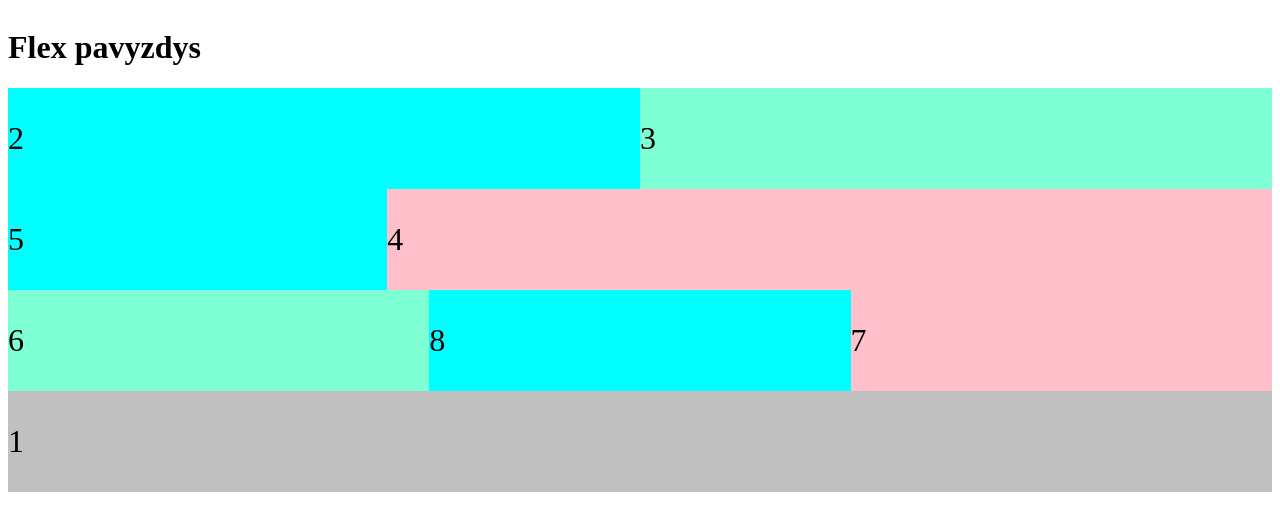
Repository: motiejus1/06-paskaita-invest
Page: index.html
These files come from the project's save history. The page is drawn as it stood at one moment and after a run of saves; the edit follows.
The browser window is 1280 px wide. The pictures show the whole page.

Above is the page before, as saved 2021-06-09 19:56:09.

After the next 2 saves:
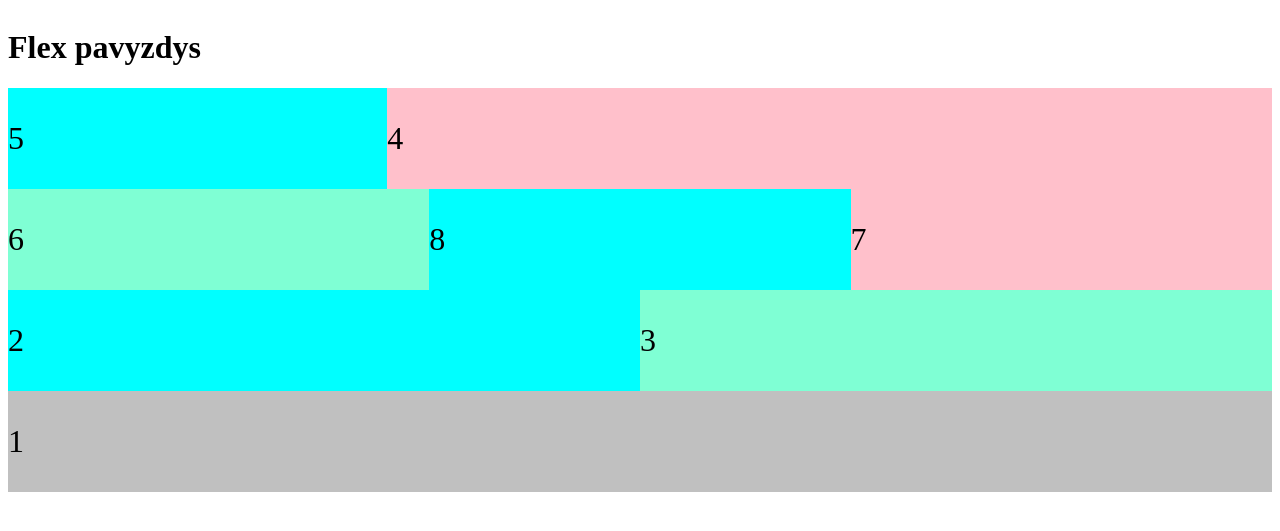
The 2 saves are shown as one change because they came seconds apart.
The last was saved 37 s later.
--- a/index.html
+++ b/index.html
@@ -96,11 +96,11 @@
         }
 
         .flex-item-2 {
-            order: 2;
+            order: 202;
         }
 
         .flex-item-3 {
-            order: 3;
+            order: 203;
         }
 
         .flex-item-4 {
